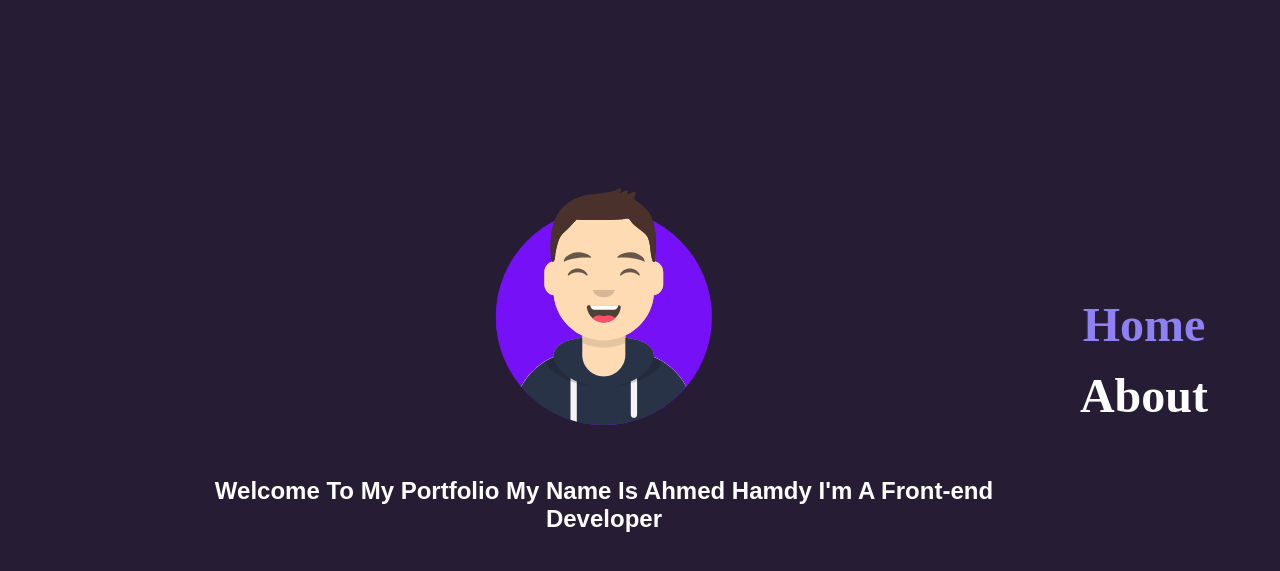
Repository: ahamdy997/portfolio
Page: /
These files come from the project's save history. The page is drawn as it stood at one moment and after the next save; the edit follows.
The browser window is 1280 px wide. The pictures show the whole page.
The project was rebuilt for these pictures with package versions that can differ from the ones it lists, and the page was loaded fresh each time. Also part of the build but not shown: vue.config.js.

Above is the page before, as saved 2023-11-05 23:53:57.

### src/App.vue
<template>
  <div class="flex">
    <router-view />
    <header>
      <nav>
        <router-link to="/">Home</router-link>
        <router-link to="/about">About</router-link>
      </nav>
    </header>
  </div>
</template>

<style>
* {
  box-sizing: border-box;
  padding: 0;
  margin: 0;
}
#app {
  width: 100%;
  height: 100vh;
  display: flex;
  align-items: center;
  justify-content: space-between;
  text-align: center;
}
.flex {
  display: flex;
  align-items: center;
  justify-content: space-between;
  padding: 3rem;
  gap: 5rem;
  width: 100%;
}
header {
  font-size: 1.7rem;
}

nav {
  text-align: center;
  display: flex;
  flex-direction: column;
  gap: 1rem;
  margin-right: 1.5rem;
}
body {
  font-family: sans-serif;
  background: #261c33;
  color: #fff;
}
nav a {
  font-family: serif;
  font-weight: bold;
  color: #fff;
  text-decoration: none;
  font-size: 3rem;
  transition: font-style 0.2s;
}
a:hover {
  font-style: italic;
}

nav a.router-link-exact-active {
  color: #8d81f3;
}
</style>

### src/views/HomeView.vue
<template>
  <div class="home">
    <HelloWorld msg="Welcome to Your Vue.js App" />
  </div>
</template>

<script>
// @ is an alias to /src
import HelloWorld from "@/components/HelloWorld.vue";

export default {
  name: "HomeView",
  components: {
    HelloWorld,
  },
};
</script>

### src/components/HelloWorld.vue
<template>
  <div class="hello">
    <img src="../assets/mf-avatar.svg" alt="happy person" />
    <h2>
      Welcome To My Portfolio My Name Is Ahmed Hamdy I'm A Front-end Developer
    </h2>
  </div>
</template>

<script>
export default {
  name: "HelloWorld",
};
</script>

<!-- Add "scoped" attribute to limit CSS to this component only -->
<style scoped>
.hello {
  margin: auto;
  margin-left: 10rem;
}
a {
  color: #42b983;
}
img {
  margin-bottom: 3rem;
}
</style>

Loaded but not shown: public/index.html (common file); src/main.js (common file); src/router/index.js (common file)

After the next save:
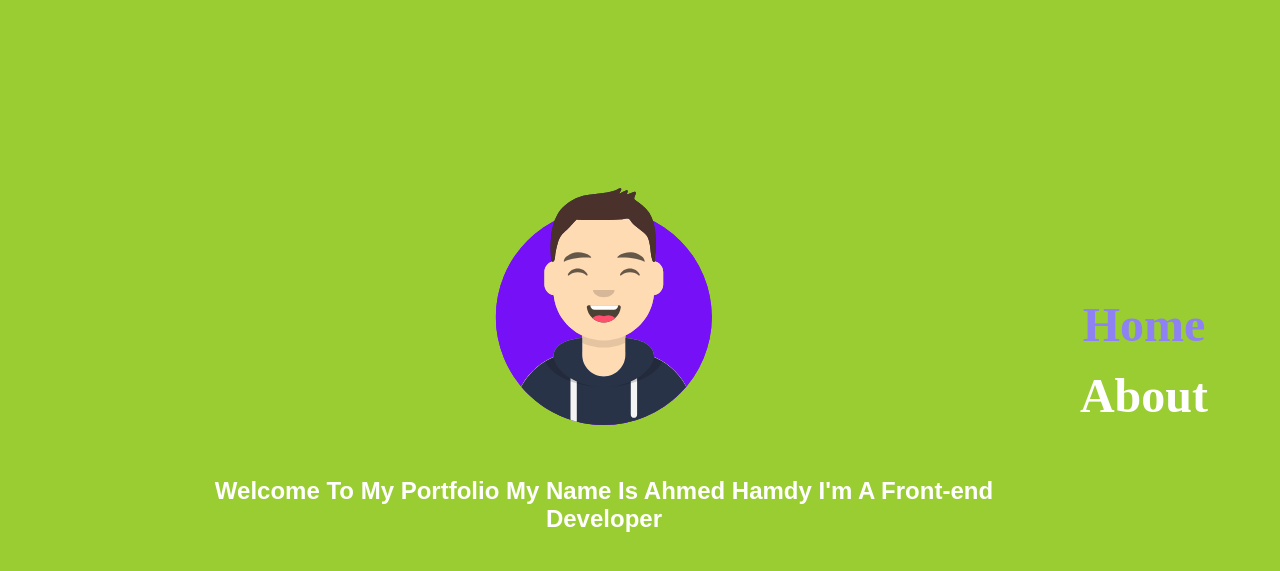
Saved 19 s later.
--- a/src/App.vue
+++ b/src/App.vue
@@ -46,6 +46,7 @@ nav {
 body {
   font-family: sans-serif;
   background: #261c33;
+  background: yellowgreen;
   color: #fff;
 }
 nav a {
